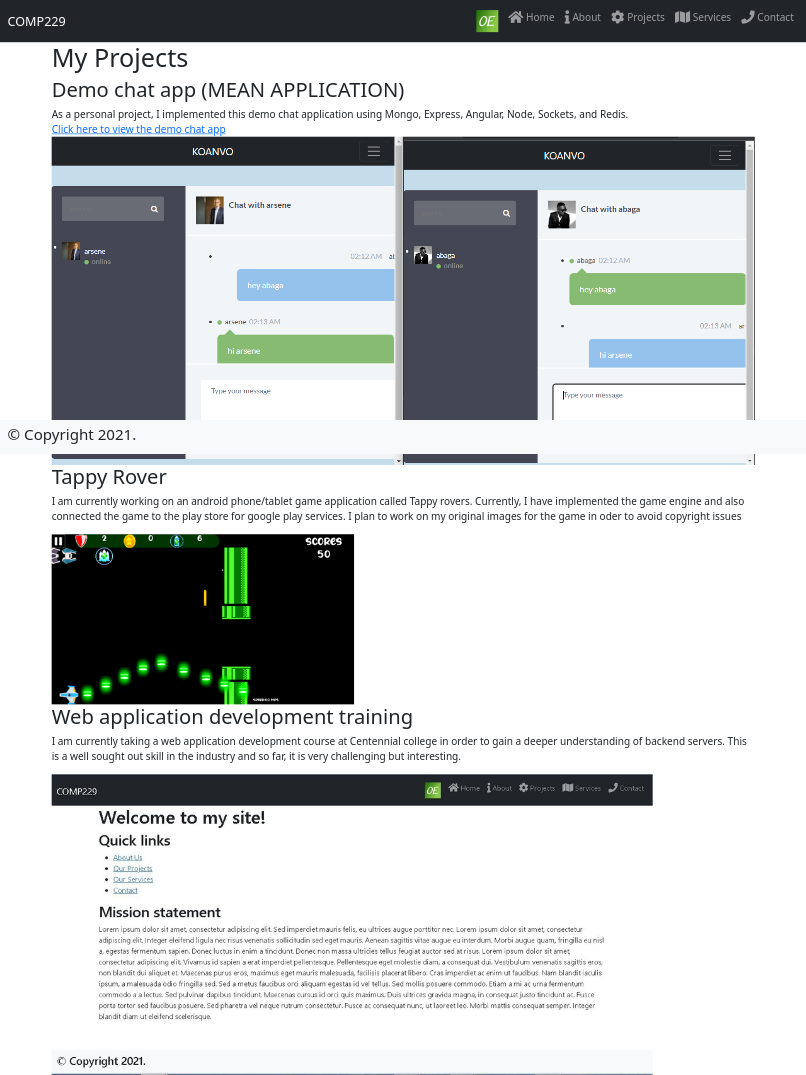
Repository: ofovweewere/Career-Portfolio
Page: http://localhost/projects
The author's editor kept a copy of each file at every save. The page is drawn from the files as they stood at one save, then again after the next save.
The browser window is 1280 px wide. The pictures show the whole page, at 63% of full size.
The page is served by the project's Node server (index.js). Other server files are loaded and not shown.

Above is the page before, as saved 2022-04-14 02:22:29.

### Server/Views/index.ejs
<!--File name: index.ejs,
  Student's name: Ofovwe Ewere
  Student's id: 301188196
  Date: June 4, 2021
-->
<!DOCTYPE html>
<html lang="en">
<head>
  <meta charset="UTF-8">
  <meta http-equiv="X-UA-Compatible" content="IE=edge">
  <meta name="viewport" content="width=device-width, initial-scale=1.0">
  <title><%= title %></title>
  <!--CSS Section -->
  <link rel="stylesheet" href="/bootstrap/dist/css/bootstrap.min.css">
  <link rel="stylesheet" href="/@fortawesome/fontawesome-free/css/all.min.css">
  <link rel="stylesheet" href="/Content/app.css">
</head>
<body>
  <!--Navigation Section-->
  <header>
    <%- include('./components/header.ejs') %>
  </header>

  <!--Main content-->
  <main>
    <%- include('./content/' +page +'.ejs') %>
  </main>

  <!--Bottom Nav-->
  <footer>
    <%- include('./components/footer.ejs') %>
  </footer>

  <!--Javascript Section-->
  <script src="/jquery/dist/jquery.min.js"></script>
  <script src="/bootstrap/dist/js/bootstrap.min.js"></script>
  <script src="/Scripts/app.js"></script>
</body>
</html>

### Server/Views/components/header.ejs
<!--File name: header.ejs,
  Student's name: Ofovwe Ewere
  Student's id: 301188196
  Date: June 4, 2021
-->
<nav class="navbar navbar-expand-lg navbar-dark bg-dark">
    <div class="container-fluid">
      <a class="navbar-brand" href="#">COMP229</a>
      <button class="navbar-toggler" type="button" data-bs-toggle="collapse" data-bs-target="#navbarSupportedContent" aria-controls="navbarSupportedContent" aria-expanded="false" aria-label="Toggle navigation">
        <span class="navbar-toggler-icon"></span>
      </button>
      <div class="collapse navbar-collapse" id="navbarSupportedContent">
        <ul class="navbar-nav ms-auto mb-2 mb-lg-0">
          <li class="nav-item">
            <a class="nav-link"  href="#"><img src="Assets/images/logo.png"></a>
          </li>

          <li class="nav-item">
            <a class="nav-link" href="/home"><i class="fas fa-home fa-lg"></i> Home</a>
          </li>

          <li class="nav-item">
            <a class="nav-link" href="/about"><i class="fas fa-info fa-lg"></i> About</a>
          </li>

          <li class="nav-item">
            <a class="nav-link" href="/projects"><i class="fas fa-cog fa-lg"></i> Projects</a>
          </li>

          <li class="nav-item">
            <a class="nav-link" href="/services"><i class="fas fa-map fa-lg"></i> Services</a>
          </li>

          <li class="nav-item">
            <a class="nav-link" href="/contact"><i class="fas fa-phone fa-lg"></i> Contact</a>
          </li>


        </ul>

      </div>
    </div>
  </nav>

### Server/Views/content/projects.ejs
<!--File name: projects.ejs,
  Student's name: Ofovwe Ewere
  Student's id: 301188196
  Date: June 4, 2021
-->
<div class="container">
    <h1>My Projects</h1>
    <h2>Demo chat app (MEAN APPLICATION)</h2>
    <p  style="margin-bottom:0">As a personal project, I implemented this demo chat application using Mongo, Express, Angular, Node, Sockets, and Redis.
    </p>
    <a href="" style="margin-top:0">Click here to view the demo chat app</a>
    <div><img img src="Assets/images/chatApp.png" style="width:100%;"></div>

    <h2>Tappy Rover</h2>
    <p>I am currently working on an android phone/tablet game application called Tappy rovers. Currently, I have implemented the game engine and also connected the game to the play store for google play services. I plan to work on my original images for the game in oder to avoid copyright issues</p>
    <div><img img src="Assets/images/tappyrover.png"></div>



    <h2>Web application development training</h2>
    <p>I am currently taking a web application development course at Centennial college in order to gain a deeper understanding of backend servers. This is a well sought out skill in the industry and so far, it is very challenging but interesting. </p>
    <div><img img src="Assets/images/webapp.jpg"></div>
  </div>

### Server/Views/components/footer.ejs
<!--File name: footer.ejs,
  Student's name: Ofovwe Ewere
  Student's id: 301188196
  Date: June 4, 2021
-->
  <nav class="navbar fixed-bottom navbar-light bg-light">
    <div class="container-fluid">
      <h4>&copy; Copyright 2021.</h4>
    </div>
  </nav>

### index.js
#!/usr/bin/env node

/**
 * Module dependencies.
 *  File name: index.js,
    Student's name: Ofovwe Ewere
    Student's id: 301188196
    Date: June 4, 2021

 */
"use strict";
var __importDefault = (this && this.__importDefault) || function (mod) {
    return (mod && mod.__esModule) ? mod : { "default": mod };
};
Object.defineProperty(exports, "__esModule", { value: true });
const app_1 = __importDefault(require("./Server/Config/app"));
const debug_1 = __importDefault(require("debug"));
debug_1.default('week4:server');
const http_1 = __importDefault(require("http"));
let port = normalizePort(process.env.PORT || '3000');
app_1.default.set('port', port);
let server = http_1.default.createServer(app_1.default);
server.listen(port);
server.on('error', onError);
server.on('listening', onListening);
function normalizePort(val) {
    let port = parseInt(val, 10);
    if (isNaN(port)) {
        return val;
    }
    if (port >= 0) {
        return port;
    }
    return false;
}
function onError(error) {
    if (error.syscall !== 'listen') {
        throw error;
    }
    var bind = typeof port === 'string'
        ? 'Pipe ' + port
        : 'Port ' + port;
    switch (error.code) {
        case 'EACCES':
            console.error(bind + ' requires elevated privileges');
            process.exit(1);
            break;
        case 'EADDRINUSE':
            console.error(bind + ' is already in use');
            process.exit(1);
            break;
        default:
            throw error;
    }
}
function onListening() {
    let addr = server.address();
    let bind = typeof addr === 'string'
        ? 'pipe ' + addr
        : 'port ' + addr.port;
    debug_1.default('Listening on ' + bind);
}
//# sourceMappingURL=index.js.map

### Server/Routes/index.js
/**
 * Module dependencies.
 *  File name: index.js,
    Student's name: Ofovwe Ewere
    Student's id: 301188196
    Date: June 4, 2021

 */
"use strict";
var __importDefault = (this && this.__importDefault) || function (mod) {
    return (mod && mod.__esModule) ? mod : { "default": mod };
};
Object.defineProperty(exports, "__esModule", { value: true });
const express_1 = __importDefault(require("express"));
const router = express_1.default.Router();
exports.default = router;
router.get('/', function (req, res, next) {
    res.render('index', { title: 'Home', page: 'home' });
});
router.get('/home', function (req, res, next) {
    res.render('index', { title: 'Home', page: 'home' });
});
router.get('/about', function (req, res, next) {
    res.render('index', { title: 'About Me', page: 'about' });
});
router.get('/projects', function (req, res, next) {
    res.render('index', { title: 'My Projects', page: 'projects' });
});
router.get('/services', function (req, res, next) {
    res.render('index', { title: 'My Services', page: 'services' });
});
router.get('/contact', function (req, res, next) {
    res.render('index', { title: 'Contact Me', page: 'contact' });
});
//# sourceMappingURL=index.js.map

### Client/Content/app.css
/* your custom css goes here*/

### Client/Scripts/app.js
/**
 * Module dependencies.
 *  File name: app.js,
    Student's name: Ofovwe Ewere
    Student's id: 301188196
    Date: June 4, 2021

 */
"use strict";
(function () {
    function Start() {
        console.log("app started");
    }
    window.addEventListener("load", Start);
})();
//# sourceMappingURL=app.js.map

After the next save:
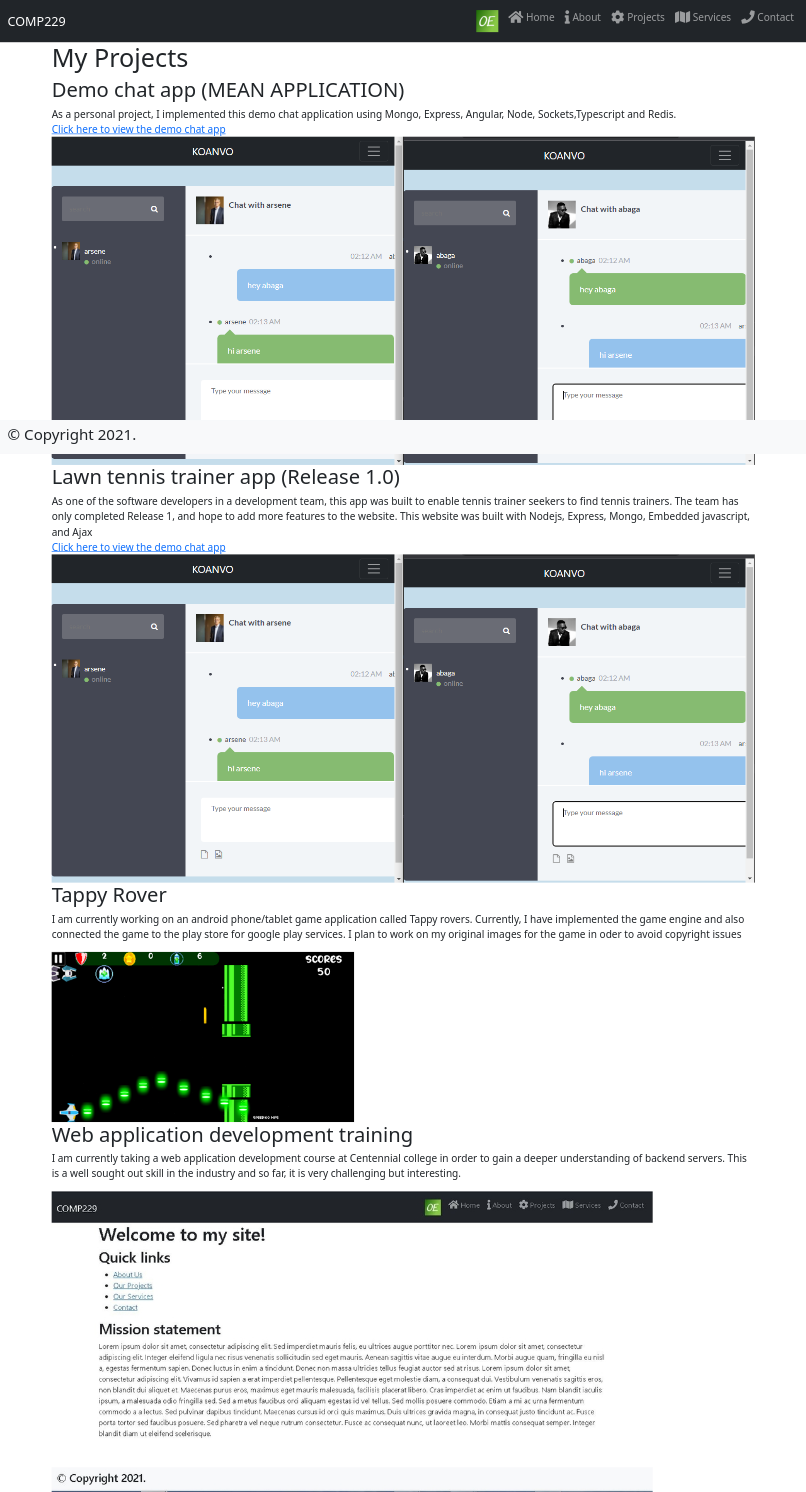
Saved 5 min 46 s later.
--- a/Server/Views/content/projects.ejs
+++ b/Server/Views/content/projects.ejs
@@ -6,7 +6,14 @@
 <div class="container">
     <h1>My Projects</h1>
     <h2>Demo chat app (MEAN APPLICATION)</h2>
-    <p  style="margin-bottom:0">As a personal project, I implemented this demo chat application using Mongo, Express, Angular, Node, Sockets, and Redis.
+    <p  style="margin-bottom:0">As a personal project, I implemented this demo chat application using Mongo, Express, Angular, Node, Sockets,Typescript and Redis.
+    </p>
+    <a href="" style="margin-top:0">Click here to view the demo chat app</a>
+    <div><img img src="Assets/images/chatApp.png" style="width:100%;"></div>
+
+    <h2>Lawn tennis trainer app (Release 1.0)</h2>
+    <p  style="margin-bottom:0">As one of the software developers in a development team, this app was built to enable tennis trainer seekers to find tennis trainers.
+      The team has only completed Release 1, and hope to add more features to the website. This website was built with Nodejs, Express, Mongo, Embedded javascript, and Ajax
     </p>
     <a href="" style="margin-top:0">Click here to view the demo chat app</a>
     <div><img img src="Assets/images/chatApp.png" style="width:100%;"></div>
